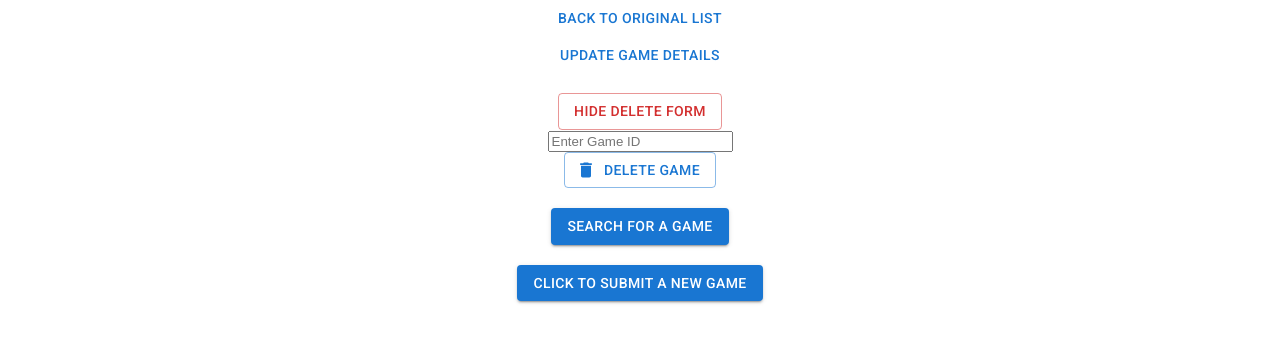
Repository: The-Software-Guild/assessment-2-react-nj10deadend
Page: / (app in Part-2/React-section/frontend/), after clicking the first element matching `button.MuiButton-outlinedError`
An editor plug-in stored every save of this project. The page is shown before and after the next save, followed by the edit.
The browser window is 1280 px wide. The pictures show the whole page.
The page's requests for data from a server got no answer. The project was rebuilt for these pictures with package versions that can differ from the ones it lists, and the page was loaded fresh each time. No one was signed in, and anything a server would have sent is missing. Also part of the build but not shown: Part-2/React-section/frontend/src/components/GameCards.js.

Above is the page before, as saved 2021-12-19 16:26:31.

### Part-2/React-section/frontend/public/index.html
<!DOCTYPE html>
<html lang="en">
  <head>
    <meta charset="utf-8" />
    <link rel="icon" href="%PUBLIC_URL%/favicon.ico" />
    <meta name="viewport" content="width=device-width, initial-scale=1" />
    <meta name="theme-color" content="#000000" />
    <meta name="viewport" content="initial-scale=1, width=device-width" />
    <meta
      name="description"
      content="Web site created using create-react-app"
    />
    <link rel="apple-touch-icon" href="%PUBLIC_URL%/logo192.png" />
    <!--
      manifest.json provides metadata used when your web app is installed on a
      user's mobile device or desktop. See https://developers.google.com/web/fundamentals/web-app-manifest/
    -->
    <link rel="manifest" href="%PUBLIC_URL%/manifest.json" />
    <!--
      Notice the use of %PUBLIC_URL% in the tags above.
      It will be replaced with the URL of the `public` folder during the build.
      Only files inside the `public` folder can be referenced from the HTML.

      Unlike "/favicon.ico" or "favicon.ico", "%PUBLIC_URL%/favicon.ico" will
      work correctly both with client-side routing and a non-root public URL.
      Learn how to configure a non-root public URL by running `npm run build`.
    -->
    <link
      rel="stylesheet"
      href="https://fonts.googleapis.com/css?family=Roboto:300,400,500,700&display=swap"
    />
    <link
      rel="stylesheet"
      href="https://fonts.googleapis.com/icon?family=Material+Icons"
    />
    <title>React App</title>
  </head>
  <body>
    <noscript>You need to enable JavaScript to run this app.</noscript>
    <div id="root"></div>
    <!--
      This HTML file is a template.
      If you open it directly in the browser, you will see an empty page.

      You can add webfonts, meta tags, or analytics to this file.
      The build step will place the bundled scripts into the <body> tag.

      To begin the development, run `npm start` or `yarn start`.
      To create a production bundle, use `npm run build` or `yarn build`.
    -->
  </body>
</html>

### Part-2/React-section/frontend/src/index.css
body {
  margin: 0;
  font-family: -apple-system, BlinkMacSystemFont, 'Segoe UI', 'Roboto', 'Oxygen',
    'Ubuntu', 'Cantarell', 'Fira Sans', 'Droid Sans', 'Helvetica Neue',
    sans-serif;
  -webkit-font-smoothing: antialiased;
  -moz-osx-font-smoothing: grayscale;
}

code {
  font-family: source-code-pro, Menlo, Monaco, Consolas, 'Courier New',
    monospace;
}

.imgs {
  height: 250px;
  width: 250px;
}

### Part-2/React-section/frontend/src/App.js
import './App.css';
import Home from './components/Home';
import AddGameForm from './components/AddGameForm';
import GameSearch from './components/GameSearch';
import UpdateGame from './components/UpdateGame';
import DeleteGame from './components/DeleteGame';
import axios from 'axios';
import {useState, useEffect} from 'react';
import Container from '@mui/material/Container';

// import {Container} from '@mui/material';
import Button from '@mui/material/Button';
// import Typography from '@mui/material/Typography';

function App() {

  const [gameData, setGameData] = useState([]);

  function getFetchGameServer () {
    axios.get(`http://localhost:8080/allGames`)
      .then(res => {
        setGameData(res.data)
      })

  }

  useEffect(getFetchGameServer, []);

  return (
    // <div className="App">
    <Container className="App">

      <Button onClick={getFetchGameServer}>Back to Original List</Button>
      <UpdateGame getFetchGameServer={getFetchGameServer}/>
      <br></br>
      <DeleteGame getFetchGameServer={getFetchGameServer} />
      <br></br>
      <GameSearch setGameData={setGameData}/>
      <br></br>
      <AddGameForm setGameData={setGameData}/>


      <Home gameData={gameData}/>

    </Container>

  );
}

export default App;

### Part-2/React-section/frontend/src/components/Home.js
import GameCards from "./GameCards";


function Home ({gameData}) {

    const renderGameData = gameData.map(eachGame => {
        // console.log(eachGame._id);
        return (
            <GameCards key={eachGame._id} eachGame={eachGame} />
        )
    })
    return (
        <div>
            {renderGameData}

        </div>
    )
}

export default Home;

### Part-2/React-section/frontend/src/components/AddGameForm.js
import {useState, useEffect} from 'react';
import axios from 'axios';
import Button from '@mui/material/Button';

function AddGameForm ({setGameData}) {

    const [clicked, setClicked] = useState(false);
    const [submitted, setSubmitted] = useState(false);
    const [name, setName] = useState("");
    const [img, setImg] = useState("");
    const [crossPlatform, setCrossPlatform] = useState(false);
    const [price, setPrice] = useState(0);
    const [genres, setGenres] = useState(["", "", ""]);
    const buttonText = clicked ? "Hide Submission Form" : "Click to Submit a New Game"

    function postRequest() {
        return axios.post('http://localhost:8080/allGames', {
            name: name,
            img: img,
            cross_platform: crossPlatform,
            price: price,
            genres: genres
        })
        .then(function (response) {
            console.log(response);
            return response.data;
        })
        .catch(function (error) {
            console.log(error);
            return null;
        });
    }

    async function onSubmit(event) {
        event.preventDefault();
        setName("");
        setImg("");
        setCrossPlatform("");
        setPrice("");
        setGenres(["", "", ""]);
        const newGame = await postRequest();
        console.log(newGame);
        setGameData((oldInfo)=> {
            console.log(oldInfo)
            return [...oldInfo, newGame]
        })
    }

    return (
        <div>
            <Button variant="contained" onClick={() => {setClicked(!clicked)}}>{buttonText}</Button>
            {clicked && (
                <form onSubmit={onSubmit}>
                    <div>
                        <label for="name">Name</label>
                        <br></br>
                        <input type="text" name="name" placeholder="Enter name" id="name"
                        value={name} onChange={(event) => {setName(event.target.value)}}/>
                    </div>
                    <div>
                        <label for="img">Image Url</label>
                        <br></br>
                        <input type="text" name="img" placeholder="Enter image URL" id="img"
                        value={img} onChange={(event) => {setImg(event.target.value)}}/>
                    </div>
                    <div>
                        <label for="cross platform">Cross Platform</label>
                        <br></br>
                        <input type="text" name="cross platform" placeholder="Enter true or false" id="cross_platform"
                        value={crossPlatform} onChange={(event) => {setCrossPlatform(event.target.value)}}/>
                    </div>
                    <div>
                        <label for="price">Price</label>
                        <br></br>
                        <input type="text" name="price" placeholder="Enter price of game" id="price"
                        value={price} onChange={(event) => {setPrice(event.target.value)}} />
                    </div>
                    <div>
                        <label for="genres">Genres</label>
                        <br></br>
                        <input type="text" name="genre1" placeholder="Enter first genre category" id="genre1"
                        value={genres[0]} onChange={(event) => {setGenres([event.target.value, genres[1], genres[2]])}}/>
                        <br></br>
                        <input type="text" name="genre2" placeholder="Enter second genre category" id="genre2"
                        value={genres[1]} onChange={(event) => {setGenres([genres[0], event.target.value, genres[2] ])}}/>
                        <br></br>
                        <input type="text" name="genre3" placeholder="Enter third genre category" id="genre3"
                        value={genres[2]} onChange={(event) => {setGenres([genres[0], genres[1], event.target.value])}}/>
                    </div>
                    <Button variant="contained" type="submit">Submit new Game</Button>

                </form>
            )}


        </div>
    )
}

export default AddGameForm;

### Part-2/React-section/frontend/src/components/GameSearch.js
import {useState} from 'react';
import axios from 'axios';
import Button from '@mui/material/Button';


function GameSearch ({setGameData}) {

    const [searchId, setSearchId] = useState("");
    const [clicked, setClicked] = useState(false);

    const searchGameText = clicked ? "Hide Search Form" : "Search for a Game"

    function getFetchOneGame () {
        axios.get(`http://localhost:8080/allGames/${searchId}`)
          .then(res => {
            setGameData([res.data])
        })

    }

    function onSearch(event) {
        event.preventDefault()
        setSearchId("");
        getFetchOneGame();
    }

    return (
        <div>
            <Button variant="contained" onClick={() => {setClicked(!clicked)}}>{searchGameText}</Button>
            {clicked && (
                <form onSubmit={onSearch}>
                    <input type="text" placeholder="Search for game by id..."
                    onChange={(event) => {setSearchId(event.target.value)}}
                    value = {searchId}
                    />
                    <input type="submit" value="Submit" />
                </form>
            )}
        </div>
    )
}

export default GameSearch;

### Part-2/React-section/frontend/src/components/UpdateGame.js
import {useState} from 'react';
import axios from 'axios';
import Button from '@mui/material/Button';
import SendIcon from '@mui/icons-material/Send';


function UpdateGame ({getFetchGameServer}) {
    const [name, setName] = useState("");
    const [img, setImg] = useState("");
    const [crossPlatform, setCrossPlatform] = useState("");
    const [price, setPrice] = useState("");
    const [genres, setGenres] = useState(["", "", ""]);

    const [clicked, setClicked] = useState(false);
    const [searchId, setSearchId] = useState("");

    const updateButtonText = clicked ? "Hide Update Form" : "Update game details"

    async function patchRequest () {
        await axios.patch(`http://localhost:8080/allGames/update/${searchId}`,  {
            name: name,
            img: img,
            cross_platform: crossPlatform,
            price: price,
            genres: genres
        })
    }

    async function updateChanges (event) {
        event.preventDefault();
        await patchRequest();
        getFetchGameServer();
        setSearchId("");
        setName("");
        setImg("");
        setCrossPlatform("");
        setPrice("");
    }
    return (
        <div>
            <Button onClick={() => {setClicked(!clicked)}}>{updateButtonText}</Button>
                {clicked && (
                    <div>
                        <form onSubmit={updateChanges}>
                            <div>
                                <h2>Enter Game ID</h2>
                                <label for="game-id">Game ID</label>
                                <br></br>
                                <input name="game-id" type="text" placeholder="Enter Game ID"
                                onChange={(event) => {setSearchId(event.target.value)}}
                                value = {searchId}
                                />
                            </div>
                            <div>
                                <label for="name">Name</label>
                                <br></br>
                                <input type="text" name="name" placeholder="Enter name" id="name"
                                value={name} onChange={(event) => {setName(event.target.value)}}/>
                            </div>
                            <div>
                                <label for="img">Image Url</label>
                                <br></br>
                                <input type="text" name="img" placeholder="Enter image URL" id="img"
                                value={img} onChange={(event) => {setImg(event.target.value)}}/>
                            </div>
                            <div>
                                <label for="cross platform">Cross Platform</label>
                                <br></br>
                                <input type="text" name="cross platform" placeholder="Enter true or false" id="cross_platform"
                                value={crossPlatform} onChange={(event) => {setCrossPlatform(event.target.value)}}/>
                            </div>
                            <div>
                                <label for="price">Price</label>
                                <br></br>
                                <input type="text" name="price" placeholder="Enter price of game" id="price"
                                value={price} onChange={(event) => {setPrice(event.target.value)}} />
                            </div>
                            <div>
                                <label for="genres">Genres</label>
                                <br></br>
                                <input type="text" name="genre1" placeholder="Enter first genre category" id="genre1"
                                value={genres[0]} onChange={(event) => {setGenres([event.target.value, genres[1], genres[2]])}}/>
                                <br></br>
                                <input type="text" name="genre2" placeholder="Enter second genre category" id="genre2"
                                value={genres[1]} onChange={(event) => {setGenres([genres[0], event.target.value, genres[2] ])}}/>
                                <br></br>
                                <input type="text" name="genre3" placeholder="Enter third genre category" id="genre3"
                                value={genres[2]} onChange={(event) => {setGenres([genres[0], genres[1], event.target.value])}}/>
                            </div>
                            <Button variant="contained" endIcon={<SendIcon />} type="submit">Submit Changes</Button>

                        </form>
                    </div>
                )}


        </div>
    )
}

export default UpdateGame;

### Part-2/React-section/frontend/src/components/DeleteGame.js
import axios from 'axios';
import {useState} from 'react';
import Button from '@mui/material/Button';
import DeleteIcon from '@mui/icons-material/Delete';

function DeleteGame ({getFetchGameServer}) {

    const [searchId, setSearchId] = useState("");
    const [clicked, setClicked] = useState(false);

    const deleteText = clicked ? "Hide Delete Form" : "Delete A Game"

    async function deleteGame () {
        await axios.delete(`http://localhost:8080/allGames/delete/${searchId}`)
    }

    async function onSubmit (event) {
        event.preventDefault();
        await deleteGame();
        getFetchGameServer();
        setSearchId("");

    }
    return (
        <div>
            <Button variant="outlined" color="error" onClick={() => {setClicked(!clicked)}}>{deleteText}</Button>
            {clicked && (
                <form onSubmit={onSubmit}>
                    <div>
                        <input name="game-id" type="text" placeholder="Enter Game ID"
                        onChange={(event) => {setSearchId(event.target.value)}}
                        value = {searchId}
                        />
                    </div>
                    <div>
                        <Button type="submit" variant="outlined" startIcon={<DeleteIcon />}>Delete Game</Button>
                    </div>
                </form>
            )}

        </div>
    )
}
export default DeleteGame;

Loaded but not shown: Part-2/React-section/frontend/src/index.js (common file); Part-2/React-section/frontend/src/reportWebVitals.js (common file); Part-2/React-section/frontend/src/App.css (common file)

After the next save:
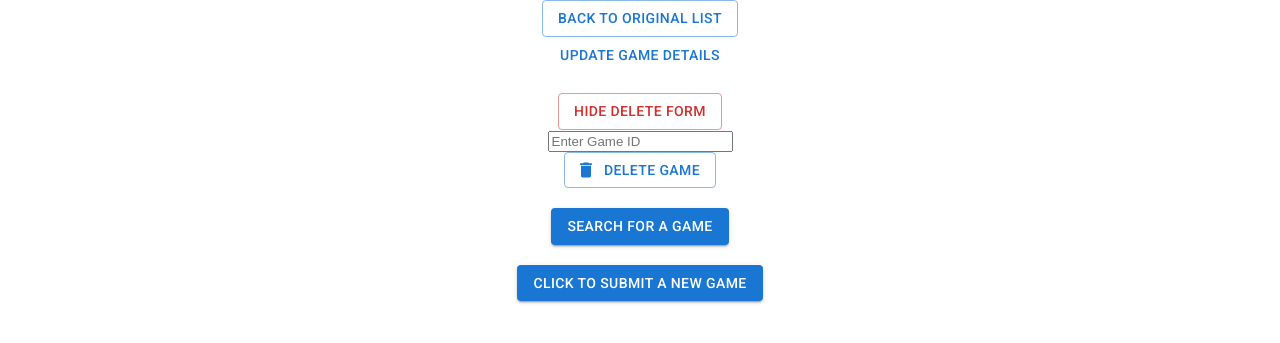
Saved 14 s later.
--- a/Part-2/React-section/frontend/src/App.js
+++ b/Part-2/React-section/frontend/src/App.js
@@ -30,7 +30,7 @@ function App() {
     // <div className="App">
     <Container className="App">
 
-      <Button onClick={getFetchGameServer}>Back to Original List</Button>
+      <Button variant="outlined"onClick={getFetchGameServer}>Back to Original List</Button>
       <UpdateGame getFetchGameServer={getFetchGameServer}/>
       <br></br>
       <DeleteGame getFetchGameServer={getFetchGameServer} />
